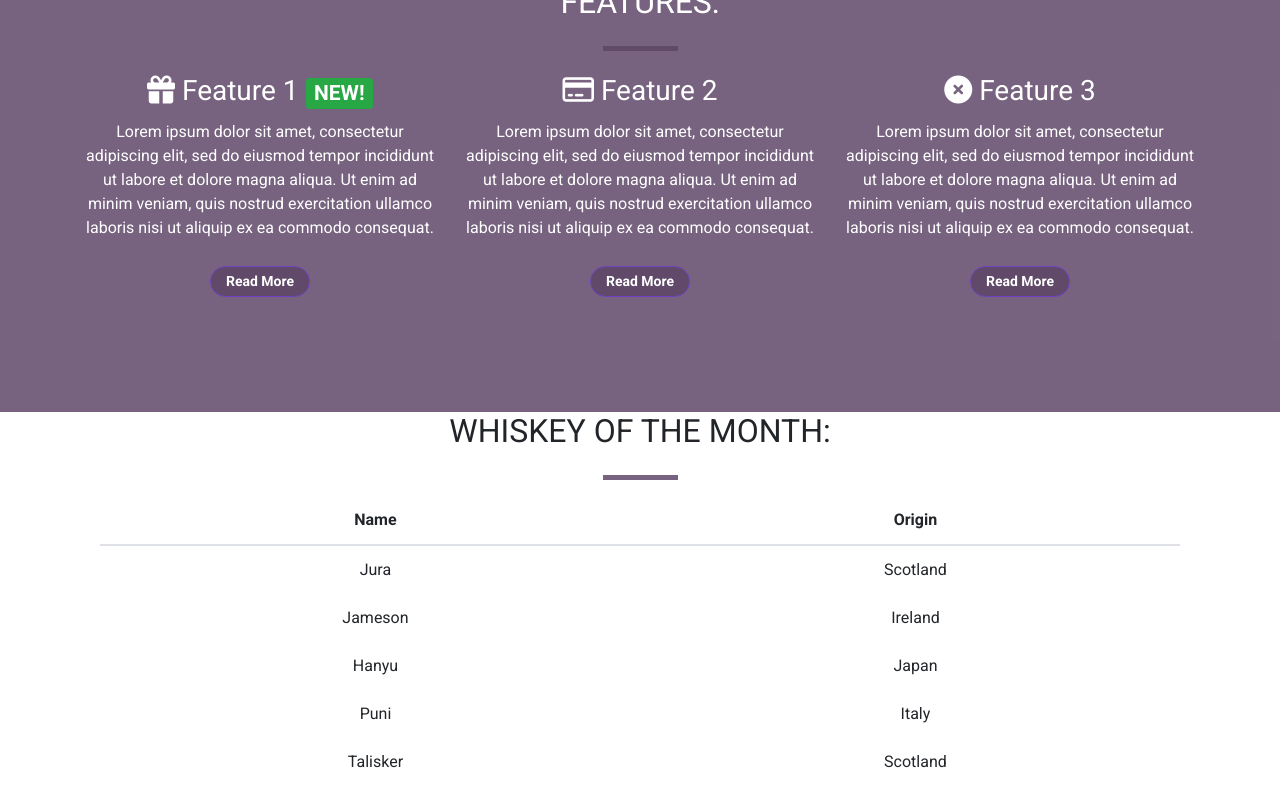
Repository: cipsim/bootstrap2.0
Page: index.html
The author's editor kept a record of every edit. The page is drawn from the files as they stood at one moment, then again after the next edit.
The browser window is 1280 px wide. The pictures show the part of the page from y = 1184 to 2136 px (the page is 1986 px tall before and 2136 px after).
Backgrounds fixed to the window are drawn as part of the page. Some web libraries are served in a nearby version.

Above is the page before.

### index.html
<!DOCTYPE html>
<html lang="en-us">

<head>
    <meta charset="utf-8">
    <title>Whiskey Drop | Taste a new whiskey every month</title>
    <meta name="viewport" content="width=device-width, initial-scale=1.0">
    <link rel="stylesheet" href="https://maxcdn.bootstrapcdn.com/bootstrap/4.1.3/css/bootstrap.min.css">
    <script src="https://kit.fontawesome.com/0dc9a7af2a.js"></script>
    <link href="https://fonts.googleapis.com/css?family=Roboto:400,700&display=swap" rel="stylesheet">
    <link rel="stylesheet" href="css/style.css" type="text/css" />
</head>

<body>
    <div class="container-fluid navalert-container">
        <div class="container-fluid alert-container">
            <div class="row d-none d-sm-block">
                <div class="col-12">
                    <div class="site-wide-alert alert alert-warning">
                        <strong>Sale is now on!</strong> We got a sale on: get a 12 month subscription for the price of 6!!! <a href="">See here for details.</a>
                    </div>
                </div>
            </div>
        </div>
        <nav class="navbar navbar-dark navbar-expand-sm">
            <a href="/" class="navbar-brand">Whiskey Drop</a>
            <button class="navbar-toggler ml-auto" type="button" data-toggle="collapse" data-target="#navbarNavDropdown" aria-controls="navbarNavDropdownv" aria-epanded="false" aria-label="Toggle navigation">
            <span class="navbar-toggler-icon">
            </span>
        </button>
            <div class="collapse navbar-collapse" id="navbarNavDropdown">
                <ul class="navbar-nav mr-auto">
                    <li class="active nav-item mr-2"><a class="nav-link" href="/">Home</a></li>
                    <li class="nav-item mr-2"><a class="nav-link" href="/about">About</a></li>
                    <li class="nav-item dropdown">
                        <a class="nav-link dropdown-toggle" href="#" id="navbarDropdownMenuLink" role="button" data-toggle="dropdown" aria-haspopup="true" aria-expanded="false">
                        Whiskeys
                    </a>
                        <div class="dropdown-menu" aria-labelledby="navbarDropdownMenuLink">
                            <a href="#" class="dropdown-item">Scotch</a>
                            <a href="#" class="dropdown-item">Irish</a>
                            <a href="#" class="dropdown-item">Japanese</a>
                            <a href="#" class="dropdown-item">Italian</a>
                        </div>
                    </li>
                    <li class="nav-item mr-2 d-block d-sm-none"><a class="nav-link" href="/login">Sign In / Sign Up</a></li>
                </ul>
            </div>
            <div class="d-none d-md-block">
                <p class="navbar-text my-auto mr-2"><i>Great whiskey delivered to your door!</i></p>
                <a href="/login" class="btn btn--cta btn--purple">Sign in / Sign up</a>
            </div>
        </nav>\
    </div>
    <!-- Callout -->
    <div class="container-fluid callout-container">
        <div class="row">
            <div class="col-12">
                <section class="callout jumbotron text-center">
                    <h1 class="jumbotron-header">The finest whiskeys delivered to your doorstep.</h1>
                    <hr class="block-divider">
                    <p class="lead">Sign up today to start receiving the world's best whiskeys every month.
                        <s class="d-none d-sm-inline">19.99$</s>
                        <span class="d-inline d-sm-none"><br></span>
                        <strong><mark>First one is free!</mark></strong></p>
                    <p class="text-muted"><small>You must be over 18 to sign up to our service, please drink responsibly</small></p>
                    <button class="btn btn-lg btn--cta btn--purple" data-toggle="modal" data-target="#signUpModal">Sign up!</button>
                </section>
            </div>
        </div>
    </div>
    <!-- /.callout -->

    <!-- Quotes -->
    <div class="container-wrapper">
        <div class="container quotes-container content-container">
            <section class="quotes">
                <div class="row">
                    <div class="col-12 page-header">
                        <h2 class="text-uppercase">Quotes:</h2>
                        <hr class="block-divider">
                    </div>
                </div>
                <div class="row">
                    <div class="col-12 col-md-6">
                        <div class="media">
                            <div class="d-none d-sm-block">
                                <img src=".c9/images/girls.jpg" class="rounded-circle mr-3" height=100 width=100>
                            </div>
                            <div class="media-body">
                                <blockquote class="blockquote">
                                    <p>I've been introduced to more than 10 great international whiskeys I never knew about.</p>
                                    <p>- Titania</p>
                                </blockquote>
                            </div>
                        </div>
                    </div>
                    <div class="col-12 col-md-6">
                        <div class="media">
                            <div class="d-none d-sm-block">
                                <img src=".c9/images/guy.jpg" class="rounded-circle mr-3" height=100 width=100>
                            </div>
                            <div class="media-body">
                                <blockquote class="blockquote">
                                    <p>I haven't been sober for months!</p>
                                    <p>- Barney Gumble</p>
                                </blockquote>
                            </div>
                        </div>
                    </div>
                </div>
            </section>
        </div>
    </div>

    <!-- /.quotes -->

    <!-- Features -->
    <div class="content-wrapper container-wrapper--purple">
        <div class="container features-container content-container">
            <section class="features">
                <div class="row">
                    <div class="col-12 page-header">
                        <h2 class="text-uppercase">Features:</h2>
                    </div>
                    <hr class="block-divider">
                </div>
                <div class="row">
                    <div class="col-12 col-md-6 col-lg-4">
                        <div class="feature">
                            <h3><i class="fas fa-gift d-none d-sm-inline"></i> Feature 1 <span class="badge badge-success">NEW!</span></h3>
                            <p>Lorem ipsum dolor sit amet, consectetur adipiscing elit, sed do eiusmod tempor incididunt ut labore et dolore magna aliqua. Ut enim ad minim veniam, quis nostrud exercitation ullamco laboris nisi ut aliquip ex ea commodo consequat.</p>
                            <p><a class="btn btn-sm btn-light" href="">Read More</a></p>
                        </div>
                    </div>
                    <div class="col-12 col-md-6 col-lg-4">
                        <div class="feature">
                            <h3><i class="far fa-credit-card d-none d-sm-inline"></i> Feature 2</h3>
                            <p>Lorem ipsum dolor sit amet, consectetur adipiscing elit, sed do eiusmod tempor incididunt ut labore et dolore magna aliqua. Ut enim ad minim veniam, quis nostrud exercitation ullamco laboris nisi ut aliquip ex ea commodo consequat.</p>
                            <p><a class="btn btn-sm btn-light" href="">Read More</a></p>
                        </div>
                    </div>
                    <div class="col-12 d-md-none d-lg-block col-lg-4">
                        <div class="feature">
                            <h3><i class="fas fa-times-circle d-none d-sm-inline"></i> Feature 3</h3>
                            <p>Lorem ipsum dolor sit amet, consectetur adipiscing elit, sed do eiusmod tempor incididunt ut labore et dolore magna aliqua. Ut enim ad minim veniam, quis nostrud exercitation ullamco laboris nisi ut aliquip ex ea commodo consequat.</p>
                            <p><a class="btn btn-sm btn-light" href="">Read More</a></p>
                        </div>
                    </div>
                </div>
            </section>
        </div>
    </div>

    <!-- /.features -->
    <!--Table-->
    <div class="container table-container">
        <section class="table">
            <div class="col-12 page-header">
                <h2 class="text-uppercase">Whiskey of the month:</h2>
                <hr class="block-divider">
                <table class="table">
                    <thead>
                        <tr>
                            <th scope="col">Name</th>
                            <th scope="col">Origin</th>
                        </tr>
                    </thead>
                    <tbody>
                        <tr>
                            <td>Jura</td>
                            <td>Scotland</td>
                        </tr>
                        <tr>
                            <td>Jameson</td>
                            <td>Ireland</td>
                        </tr>
                        <tr>
                            <td>Hanyu</td>
                            <td>Japan</td>
                        </tr>
                        <tr>
                            <td>Puni</td>
                            <td>Italy</td>
                        </tr>
                        <tr>
                            <td>Talisker</td>
                            <td>Scotland</td>
                        </tr>
            </div>
        </section>
    </div>
    </article>
    <div class="modal" tabindex="-1" role="dialog" id="signUpModal">
        <div class="modal-dialog" role="document">
            <div class="modal-content">
                <div class="modal-header">
                    <h5 class="modal-title">Sign up to Whiskey Drop!</h5>
                    <button type="button" class="close" data-dismiss="modal" aria-label="Close">
          <span aria-hidden="true">&times;</span>
        </button>
                </div>
                <div class="modal-body">
                    <form>
                        <div class="form-group">
                            <label for="exampleInputEmail1">Email address</label>
                            <input type="email" class="form-control" id="exampleInputEmail1" aria-describedby="emailHelp" placeholder="Enter email">
                            <small id="emailHelp" class="form-text text-muted">We'll never share your email with anyone else.</small>
                        </div>
                        <div class="form-group">
                            <label for="password">Password</label>
                            <input type="password" class="form-control" id="password" placeholder="Password">
                        </div>
                        <div class="form-group">
                            <label for="repeatPassword">Repeat Password</label>
                            <input type="password" class="form-control" id="repeatPassword" placeholder="Repeat Password">
                        </div>
                        <button type="submit" class="btn btn-success">Submit</button>
                    </form>
                </div>
            </div>
        </div>
    </div>
    <script src="https://code.jquery.com/jquery-3.3.1.slim.min.js" integrity="sha384-q8i/X+965DzO0rT7abK41JStQIAqVgRVzpbzo5smXKp4YfRvH+8abtTE1Pi6jizo" crossorigin="anonymous"></script>
    <script src="https://cdnjs.cloudflare.com/ajax/libs/popper.js/1.14.7/umd/popper.min.js" integrity="sha384-UO2eT0CpHqdSJQ6hJty5KVphtPhzWj9WO1clHTMGa3JDZwrnQq4sF86dIHNDz0W1" crossorigin="anonymous"></script>
    <script src="https://stackpath.bootstrapcdn.com/bootstrap/4.3.1/js/bootstrap.min.js" integrity="sha384-JjSmVgyd0p3pXB1rRibZUAYoIIy6OrQ6VrjIEaFf/nJGzIxFDsf4x0xIM+B07jRM" crossorigin="anonymous"></script>
</body>

</html>

### css/style.css
body {
    font-family: 'Roboto', sans-serif;
}

.alert-container .col-12 {
    padding-left: 0;
    padding-right: 0;
}

.site-wide-alert {
    border-radius: 0;
    margin-bottom: 0;
    padding: 5px 15px;
    border-color: #e59a19;
    background-color: #e59a19;
    color: #fff;
}

.features-container {}

.quotes-container {}

.table-container {}

.callout-container {
    height: 100vh;

    background: url("../.c9/images/bgi.jpg") no-repeat bottom right fixed;
    -webkit-background-size: cover;
    -moz-background-size: cover;
    -o-background-size: cover;
    background-size: cover;

    display: flex;
    align-items: center;
    justify-content: center;

}

@media screen and (max-width: 600px) {
    .callout-container {
        height: 100vh;
        background: url("../.c9/images/bgi.jpg") no-repeat bottom center fixed;
        -webkit-background-size: cover;
        -moz-background-size: cover;
        -o-background-size: cover;
        background-size: cover;
        display: flex;
        align-items: center;
        justify-content: center;
    }
}

/*Headers*/

.page-header {
    margin-bottom: 0;
    border-bottom: 0;
    text-align: center;
}

.page-header h2 {
    margin-top: 0;
}

.quotes .page-header {
    margin-bottom: 25px;
}

.table td, .table th {
    padding: .75rem;
    border-top: 0px;
    }

.table h2 {
    margin-bottom: 25px;
}

/*Navbar*/

.navalert-container {
    position: absolute;
    top: 0;
    left: 0;
    padding-left: 0;
    padding-right: 0;
    z-index: 1;
}

.navbar {
    margin-bottom: 0;
    border: 0;
    width: 100%;
    background-color: rgba(0, 0, 0, 0.25);
}

.navbar .navbar-toggler {
    border: 0;
}

.navbar-brand {
    font-weight: bold;
}

.navbar .navbar-nav a {
    font-weight: bold;
}

/*jumbotron*/

.jumbotron {
    color: lightgray;
    background-color: transparent;
}

.jumbotron-header {
    color: #fcf8e3;
    -webkit-text-stroke: 1px black;
    font-weight: bold;
    margin-bottom: 30px;
}

.jumbotron small {
    font-size: 60%;
    font-style: italic;
    color: #dcbd18;
}

/*Block dividers*/

.block-divider {
    width: 75px;
    height: 5px;
    border: 0;
    background-color: #5c4465d4;
}

/*Content Containers*/

.content-container {
    padding-top: 75px;
    padding-bottom: 75px;
}

/*Container wrappers*/

.container-wrapper {}

.container-wrapper--purple {
    background-color: #5c4465d4;
    color: white;
}

/*Buttons*/

.btn--cta {
    font-weight: bold;
    border-radius: 25px;
    width: 150px;
}

.btn--purple {
    color: white;
    background-color: #5c4465d4;
    border-color: #6f42c1;
}

.btn--purple:hover,
.btn--purple:active,
.btn--purple:focus,
.btn--purple:active:focus {
    background-color: #6f42c1;
    border-color: #6f42c1;
}

.feature {
    text-align: center;
    margin-bottom: 40px;
}

.feature i {
    margin-bottom: 20px;
    line-height: 45px;
}

.feature .btn {
    background-color: #5c4465d4;
    border-color: #6f42c1;
    color: white;
    border-radius: 25px;
    min-width: 100px;
    margin-top: 10px;
    font-weight: bold;
}

After the next edit:
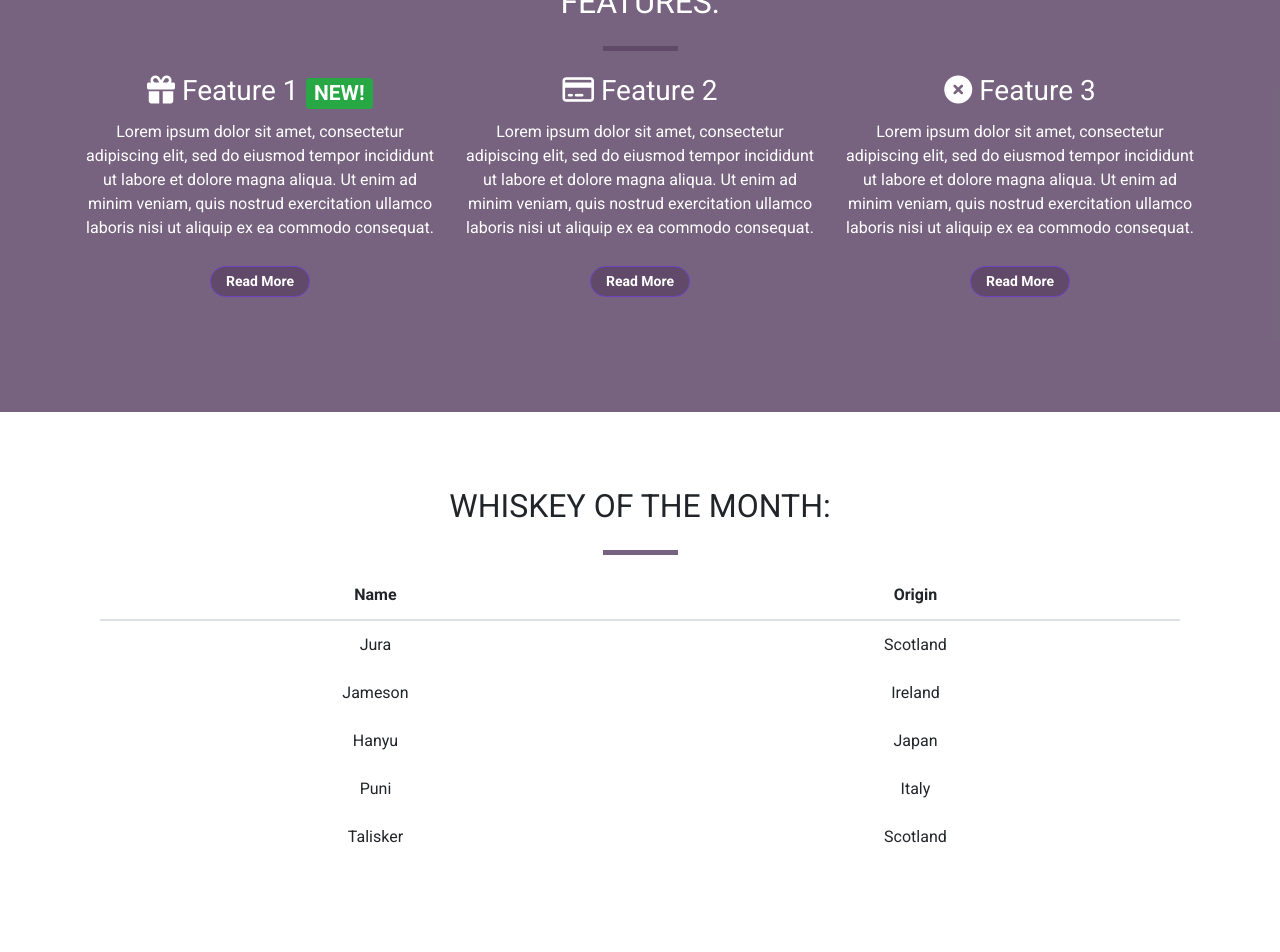
The edit:
--- a/index.html
+++ b/index.html
@@ -154,7 +154,7 @@
 
     <!-- /.features -->
     <!--Table-->
-    <div class="container table-container">
+    <div class="container table-container content-container">
         <section class="table">
             <div class="col-12 page-header">
                 <h2 class="text-uppercase">Whiskey of the month:</h2>
